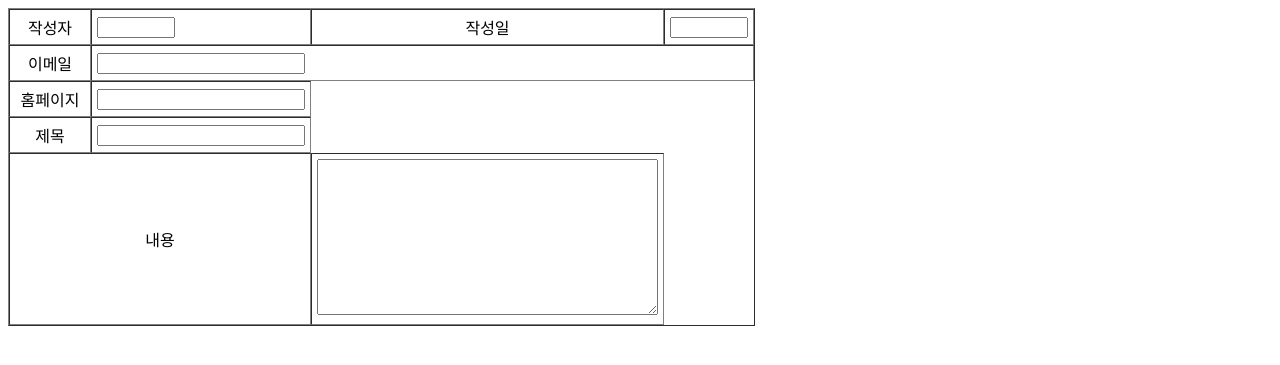
Repository: kimsuel/java-ee-practice
Page: guestbookservlet/WebContent/guestbook/guestbookList.html
The author's editor kept a copy of each file at every save. The page is drawn from the files as they stood at one save, then again after the next save.
The browser window is 1280 px wide. The pictures show the whole page.

Above is the page before, as saved 2018-06-20 07:42:16.

### guestbookservlet/WebContent/guestbook/guestbookList.html
<!DOCTYPE html>
<html>
<head>
<meta charset="UTF-8">
<title>글 목록</title>
</head>
<body>
	<table border="1" cellpadding="5" cellspacing="0">
			<tr>
				<td width="70" align="center">작성자</td>
				<td><input type="text" name="email" style="width:70px"></td>
				<td width="70" align="center">작성일</td>
				<td><input type="text" name="email" style="width:70px"></td>
			</tr>
			<tr>
				<td align="center">이메일</td>
				<td colspan="3"><input type="text" name="email" style="width:200px"></td>
			</tr>
			<tr>
				<td align="center">홈페이지</td>
				<td><input type="text" name="homepage" style="width: 200px"></td>
			</tr>
			<tr>
				<td align="center">제목</td>
				<td><input type="text" name="subject" style="width: 200px"></td>
			</tr>
			<tr>
				<td colspan="2"  align="center">내용</td>
				<td><textarea cols="40" rows="10" name="content"></textarea></td>
			</tr>
		</table>
	</body>
</html>

After the next save:
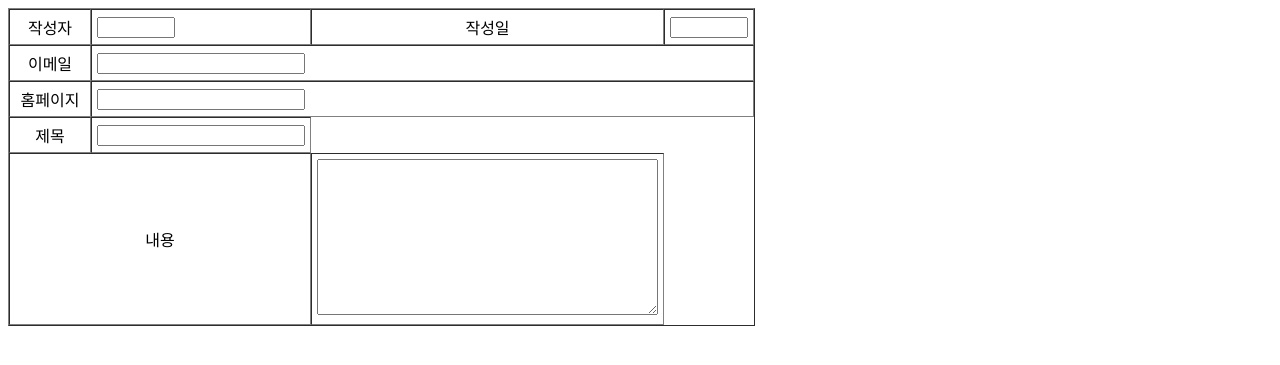
Saved 4 s later.
--- a/guestbookservlet/WebContent/guestbook/guestbookList.html
+++ b/guestbookservlet/WebContent/guestbook/guestbookList.html
@@ -18,7 +18,7 @@
 			</tr>
 			<tr>
 				<td align="center">홈페이지</td>
-				<td><input type="text" name="homepage" style="width: 200px"></td>
+				<td colspan="3"><input type="text" name="homepage" style="width: 200px"></td>
 			</tr>
 			<tr>
 				<td align="center">제목</td>
